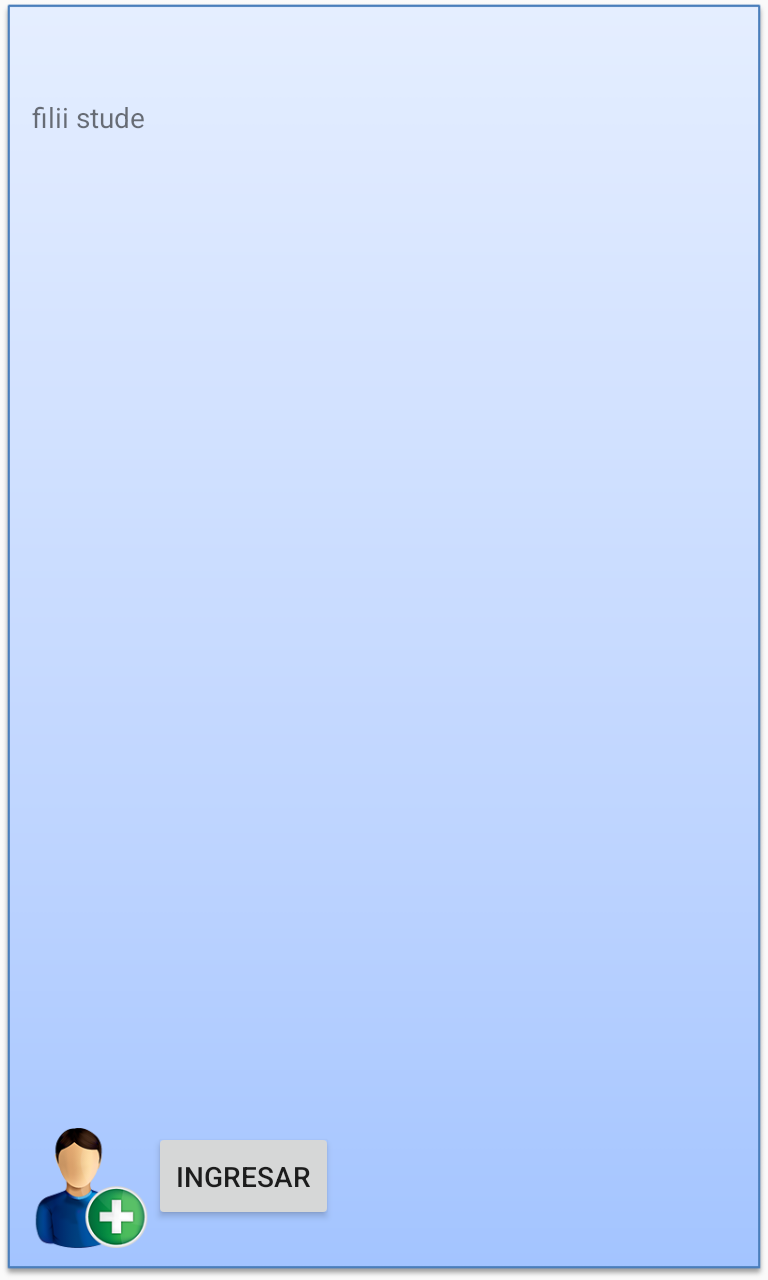
Repository: AntonioloNeviani/ProyectoDeInvestigacion_Android
Layout: FiliiStude/res/layout/activity_main.xml
These files come from the project's save history. The layout is drawn as it stood at one moment and after the next save; the edit follows.
It is drawn on a 768 x 1280 px phone screen (xhdpi) without system bars, with theme AppTheme; the app's code is not run. Lists and similar views that code fills are empty.

Above is the layout before, as saved 2015-05-26 16:53:56.

After the next save:
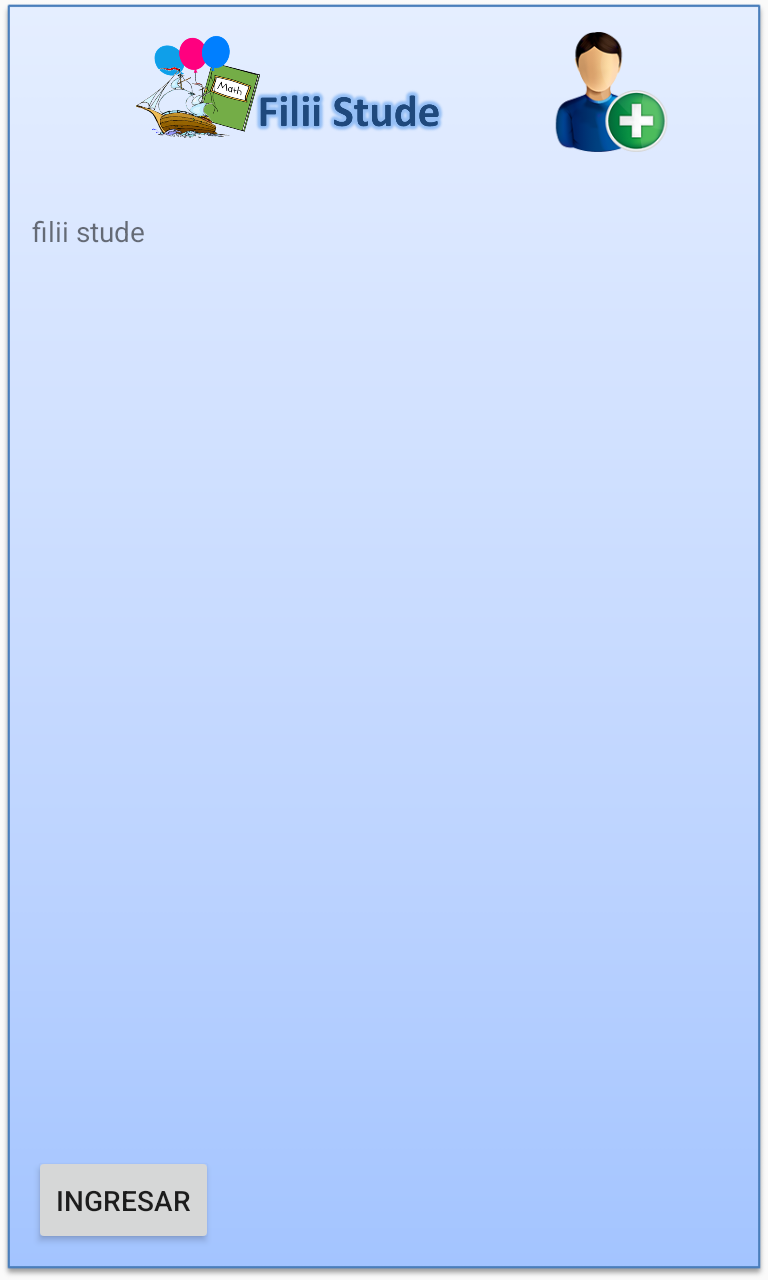
Saved 7 min 2 s later.
--- a/FiliiStude/res/layout/activity_main.xml
+++ b/FiliiStude/res/layout/activity_main.xml
@@ -29,6 +29,20 @@
                 android:layout_width="match_parent"
                 android:layout_height="wrap_content"
                 android:layout_weight="0.93" >
+
+                <ImageView
+                    android:id="@+id/imageView1"
+                    android:layout_width="260dp"
+                    android:layout_height="60dp"
+                    android:src="@drawable/logo2" />
+
+                <ImageButton
+                    android:id="@+id/button1"
+                    android:layout_width="60dp"
+                    android:layout_height="60dp"
+                    android:background="@drawable/user_add"
+                    android:onClick="onClick" />
+
             </LinearLayout>
 
             <TextView
@@ -48,13 +62,6 @@
             android:layout_width="match_parent"
             android:layout_height="wrap_content" >
 
-            <ImageButton
-                android:id="@+id/button1"
-                android:layout_width="60dp"
-                android:layout_height="60dp"
-                android:onClick="onClick"
-                android:background="@drawable/user_add" />
-
 
             <Button
                 android:id="@+id/button2"
